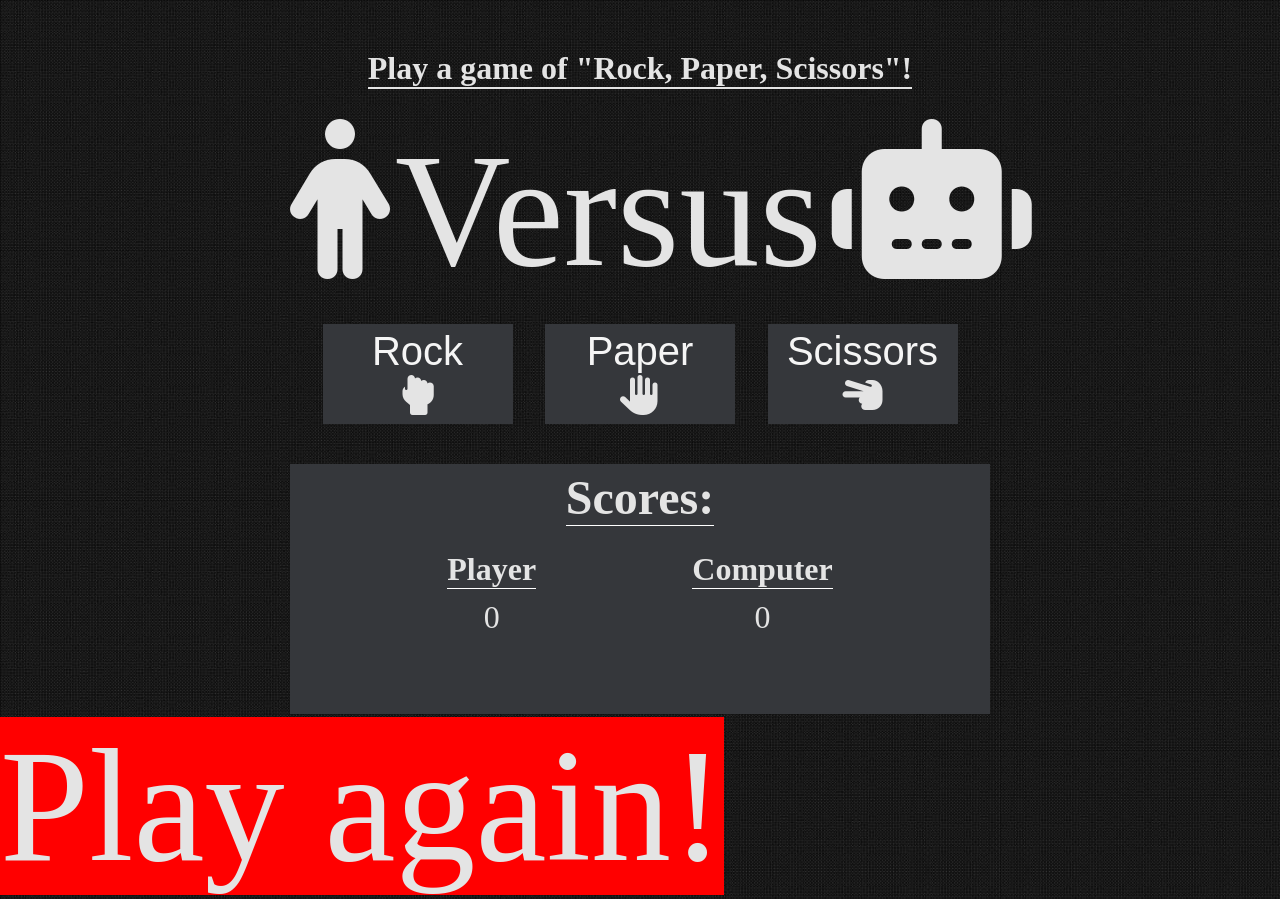
Repository: Pafestivo/rock-paper-scissors
Page: index.html
These files come from the project's save history. The page is drawn as it stood at one moment and after a run of saves; the edit follows.
The browser window is 1280 px wide. The pictures show the whole page.
Some web libraries are served in a nearby version.

Above is the page before, as saved 2022-10-15 11:54:59.

After the next 3 saves:
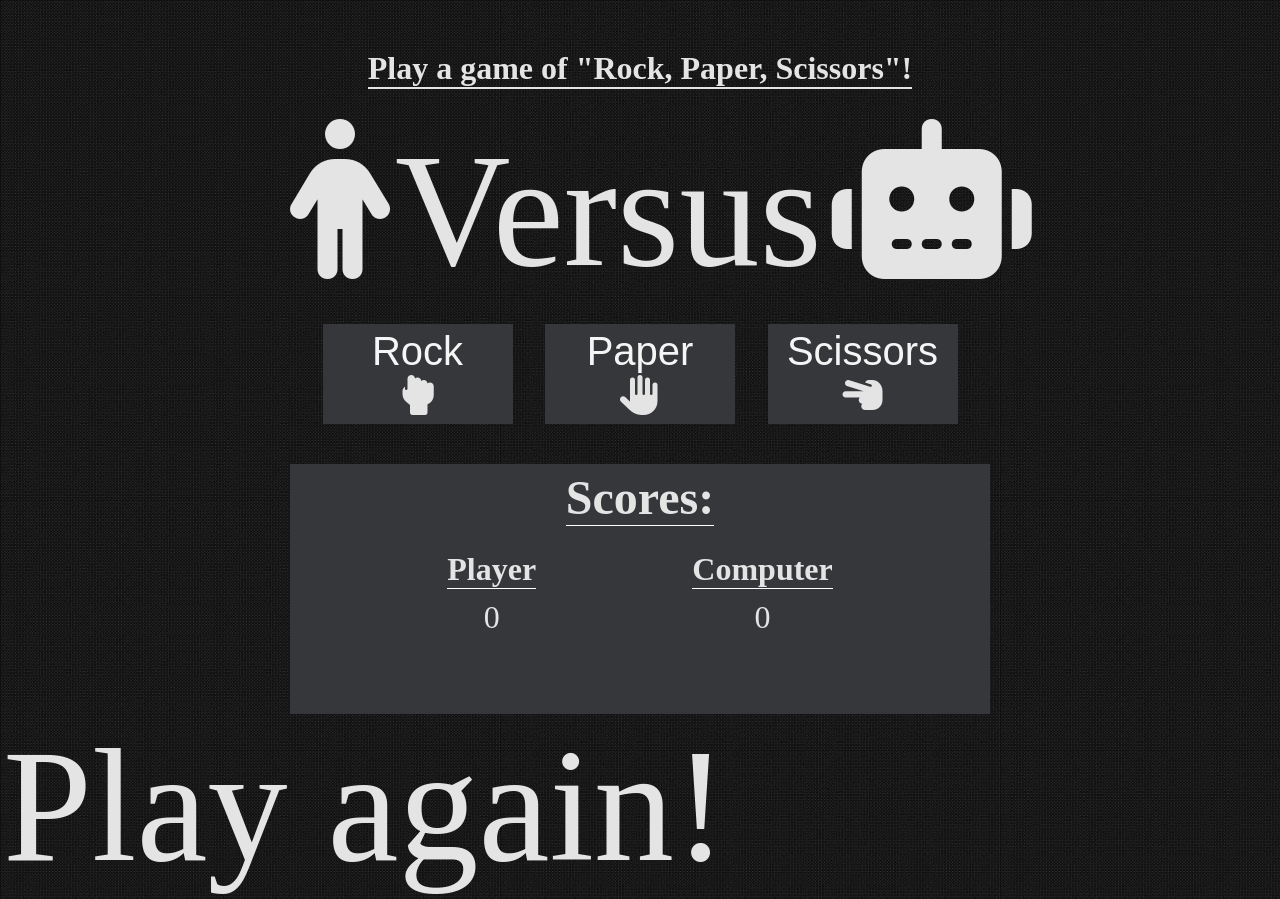
The 3 saves are shown as one change because they came seconds apart.
The last was saved 20 s later.
--- a/styles.css
+++ b/styles.css
@@ -134,6 +134,6 @@ a {
 }
 
 #play-again {
-  background-color: red;
   font-size: 10em;
+  padding: 3px;
 }
